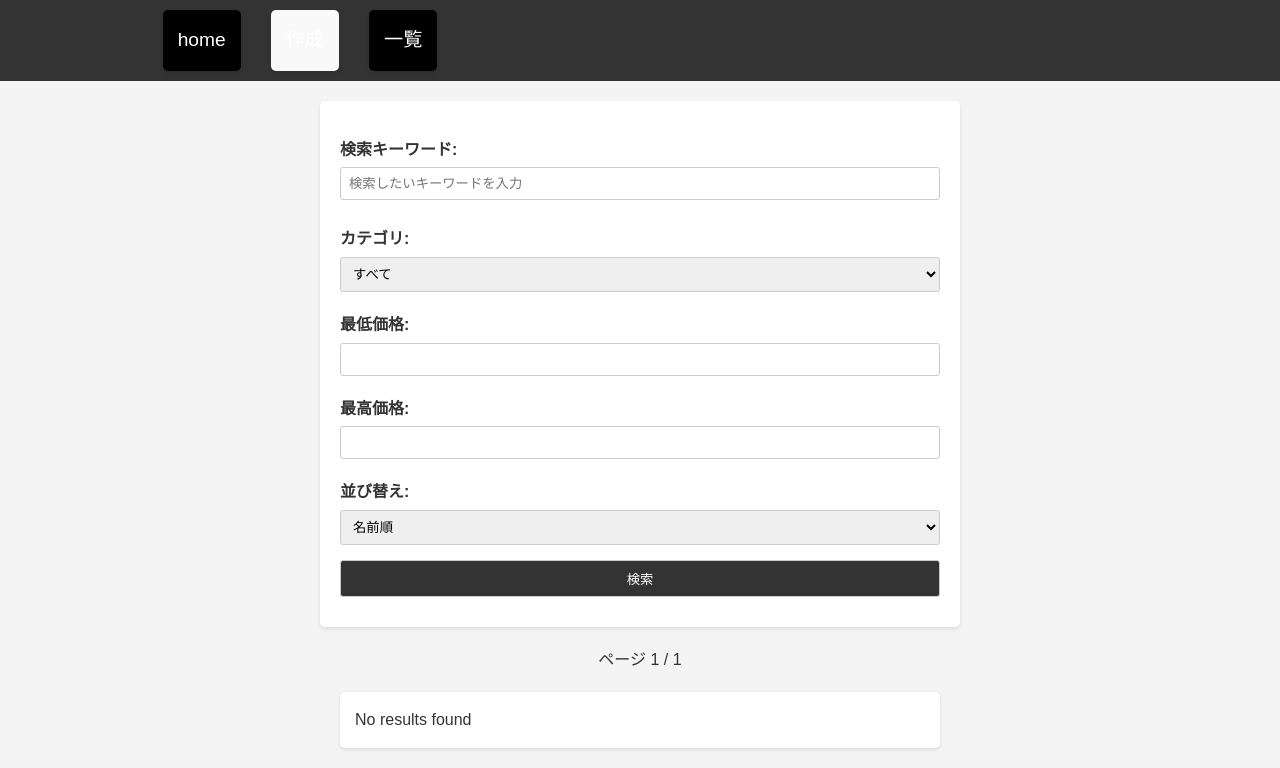
Repository: mamesuke7274/2024_kouki_kuwayamasyoutarou
Page: http://localhost/
An editor plug-in stored every save of this project. The page is shown before and after the next save, followed by the edit.
The browser window is 1280 px wide. The pictures show the whole page.
The page is served by the project's application, run on Django 4.2 (manage.py). Queries for data that is not in the repository find no rows.

Above is the page before, as saved 2024-10-26 10:54:33.

After the next save:
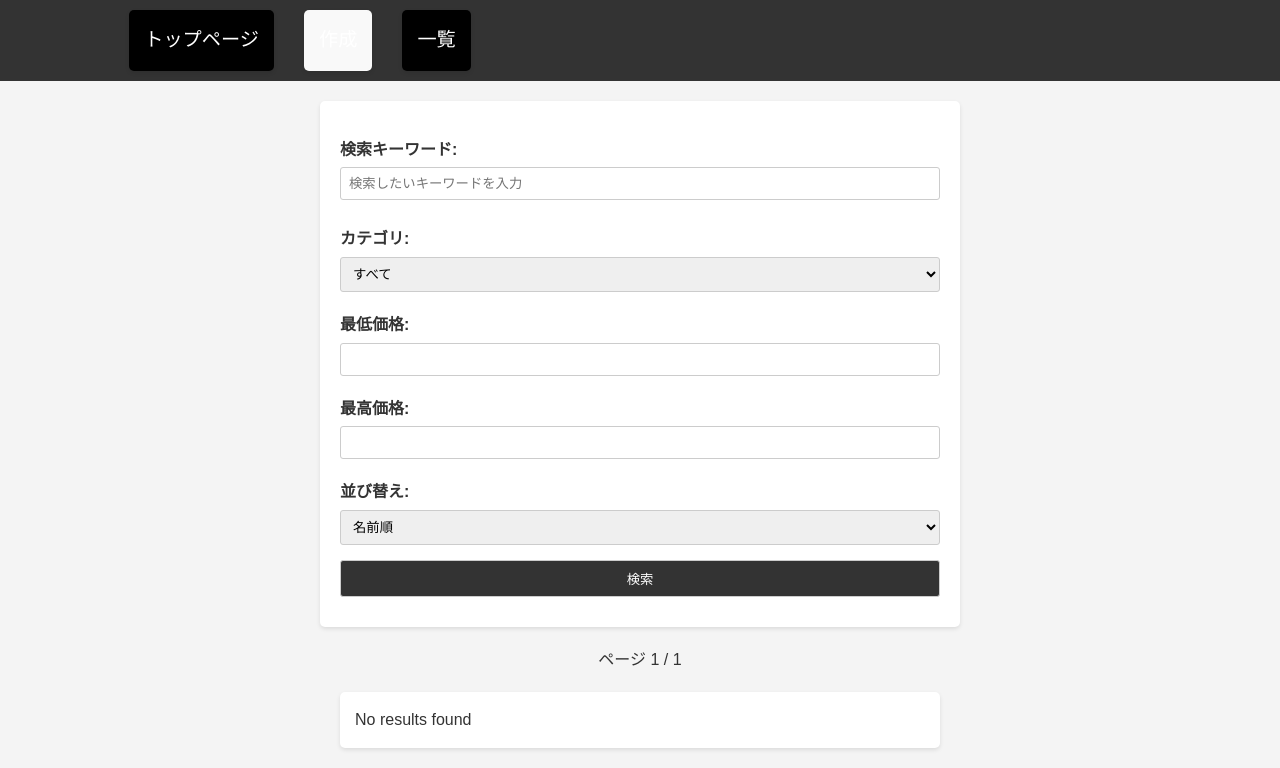
Saved 21 s later.
--- a/search_app/templates/search.html
+++ b/search_app/templates/search.html
@@ -144,7 +144,7 @@
     <header>
         <nav>
             <ul>
-                <li class="nave"><a href="{% url 'search_view' %}">home</a></li>
+                <li class="nave"><a href="{% url 'search_view' %}">トップページ</a></li>
                 <li class="nave"><a href="{% url 'product_create' %}">作成</a></li>
                 <li class="nave"><a href="{% url 'product_list' %}">一覧</a></li>
             </ul>
